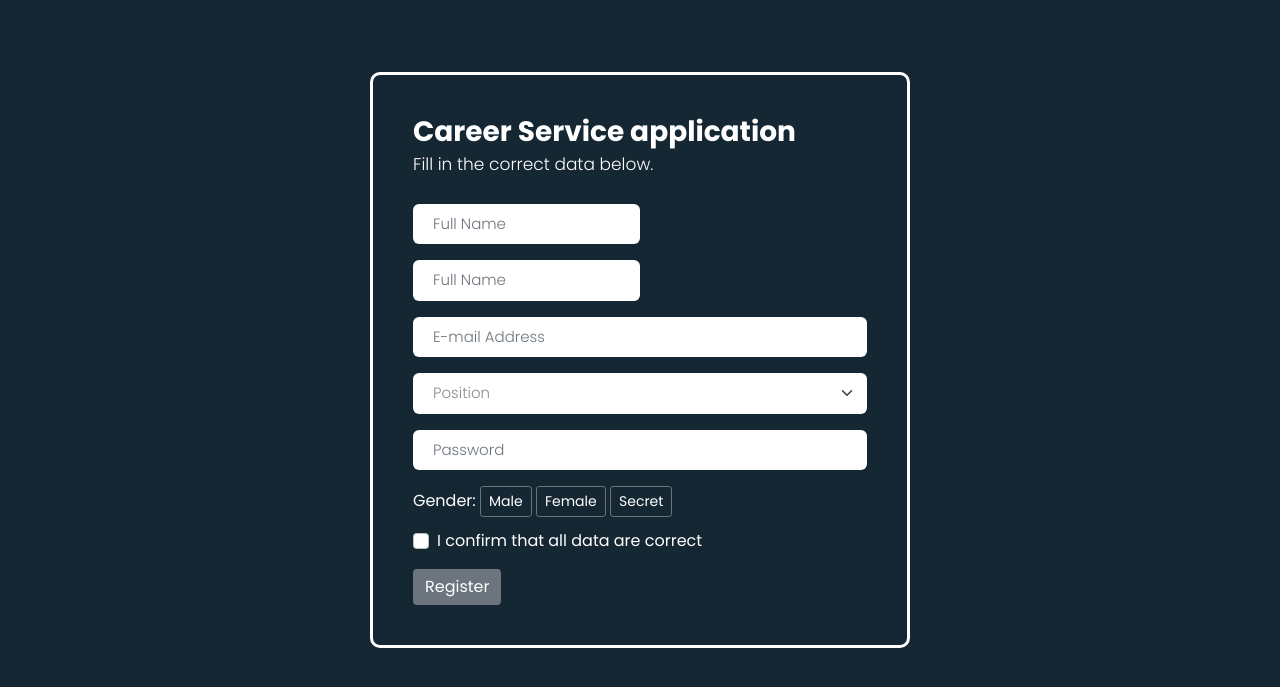
Repository: Samkiroko/form-assignment
Page: index.html
These files come from the project's save history. The page is drawn as it stood at one moment and after the next save; the edit follows.
The browser window is 1280 px wide. The pictures show the whole page.

Above is the page before, as saved 2022-12-03 18:26:01.

### index.html
<!DOCTYPE html>
<html lang="en" >
<head>
  <meta charset="UTF-8">
  <title>Career Service application</title>
  <link rel='stylesheet' href='https://cdn.jsdelivr.net/npm/bootstrap@5.0.0-beta2/dist/css/bootstrap.min.css'><link rel="stylesheet" href="./style.css">

</head>
<body>
<!-- partial:index.partial.html -->
<div class="form-body">
        <div class="row">
            <div class="form-holder">
                <div class="form-content">
                    <div class="form-items">
                        <h3>Career Service application</h3>
                        <p>Fill in the correct data below.</p>
                        <form class="requires-validation" novalidate>

                            <div class="col-md-6">
                               <input class="form-control" type="text" name="name" placeholder="Full Name" required>
                               <div class="valid-feedback">Username field is valid!</div>
                               <div class="invalid-feedback">Username field cannot be blank!</div>
                            </div>
                            <div class="col-md-6">
                               <input class="form-control" type="text" name="name" placeholder="Full Name" required>
                               <div class="valid-feedback">Username field is valid!</div>
                               <div class="invalid-feedback">Username field cannot be blank!</div>
                            </div>

                            <div class="col-md-12">
                                <input class="form-control" type="email" name="email" placeholder="E-mail Address" required>
                                 <div class="valid-feedback">Email field is valid!</div>
                                 <div class="invalid-feedback">Email field cannot be blank!</div>
                            </div>

                           <div class="col-md-12">
                                <select class="form-select mt-3" required>
                                      <option selected disabled value="">Position</option>
                                      <option value="jweb">Junior Web Developer</option>
                                      <option value="sweb">Senior Web Developer</option>
                                      <option value="pmanager">Project Manager</option>
                               </select>
                                <div class="valid-feedback">You selected a position!</div>
                                <div class="invalid-feedback">Please select a position!</div>
                           </div>


                           <div class="col-md-12">
                              <input class="form-control" type="password" name="password" placeholder="Password" required>
                               <div class="valid-feedback">Password field is valid!</div>
                               <div class="invalid-feedback">Password field cannot be blank!</div>
                           </div>


                           <div class="col-md-12 mt-3">
                            <label class="mb-3 mr-1" for="gender">Gender: </label>

                            <input type="radio" class="btn-check" name="gender" id="male" autocomplete="off" required>
                            <label class="btn btn-sm btn-outline-secondary" for="male">Male</label>

                            <input type="radio" class="btn-check" name="gender" id="female" autocomplete="off" required>
                            <label class="btn btn-sm btn-outline-secondary" for="female">Female</label>

                            <input type="radio" class="btn-check" name="gender" id="secret" autocomplete="off" required>
                            <label class="btn btn-sm btn-outline-secondary" for="secret">Secret</label>
                               <div class="valid-feedback mv-up">You selected a gender!</div>
                                <div class="invalid-feedback mv-up">Please select a gender!</div>
                            </div>

                        <div class="form-check">
                          <input class="form-check-input" type="checkbox" value="" id="invalidCheck" required>
                          <label class="form-check-label">I confirm that all data are correct</label>
                         <div class="invalid-feedback">Please confirm that the entered data are all correct!</div>
                        </div>


                            <div class="form-button mt-3">
                                <button id="submit" type="submit" class="btn btn-primary">Register</button>
                            </div>
                        </form>
                    </div>
                </div>
            </div>
        </div>
    </div>
<!-- partial -->
  <script  src="./script.js"></script>

</body>
</html>

### style.css
@import url('https://fonts.googleapis.com/css2?family=Poppins:wght@300;400;500;700;900&display=swap');

*, body {
    font-family: 'Poppins', sans-serif;
    font-weight: 400;
    -webkit-font-smoothing: antialiased;
    text-rendering: optimizeLegibility;
    -moz-osx-font-smoothing: grayscale;
}

html, body {
    height: 100%;
    background-color: #152733;
    overflow: hidden;
}


.form-holder {
      display: flex;
      flex-direction: column;
      justify-content: center;
      align-items: center;
      text-align: center;
      min-height: 100vh;
}

.form-holder .form-content {
    position: relative;
    text-align: center;
    display: -webkit-box;
    display: -moz-box;
    display: -ms-flexbox;
    display: -webkit-flex;
    display: flex;
    -webkit-justify-content: center;
    justify-content: center;
    -webkit-align-items: center;
    align-items: center;
    padding: 60px;
}

.form-content .form-items {
    border: 3px solid #fff;
    padding: 40px;
    display: inline-block;
    width: 100%;
    min-width: 540px;
    -webkit-border-radius: 10px;
    -moz-border-radius: 10px;
    border-radius: 10px;
    text-align: left;
    -webkit-transition: all 0.4s ease;
    transition: all 0.4s ease;
}

.form-content h3 {
    color: #fff;
    text-align: left;
    font-size: 28px;
    font-weight: 600;
    margin-bottom: 5px;
}

.form-content h3.form-title {
    margin-bottom: 30px;
}

.form-content p {
    color: #fff;
    text-align: left;
    font-size: 17px;
    font-weight: 300;
    line-height: 20px;
    margin-bottom: 30px;
}


.form-content label, .was-validated .form-check-input:invalid~.form-check-label, .was-validated .form-check-input:valid~.form-check-label{
    color: #fff;
}

.form-content input[type=text], .form-content input[type=password], .form-content input[type=email], .form-content select {
    width: 100%;
    padding: 9px 20px;
    text-align: left;
    border: 0;
    outline: 0;
    border-radius: 6px;
    background-color: #fff;
    font-size: 15px;
    font-weight: 300;
    color: #8D8D8D;
    -webkit-transition: all 0.3s ease;
    transition: all 0.3s ease;
    margin-top: 16px;
}


.btn-primary{
    background-color: #6C757D;
    outline: none;
    border: 0px;
     box-shadow: none;
}

.btn-primary:hover, .btn-primary:focus, .btn-primary:active{
    background-color: #495056;
    outline: none !important;
    border: none !important;
     box-shadow: none;
}

.form-content textarea {
    position: static !important;
    width: 100%;
    padding: 8px 20px;
    border-radius: 6px;
    text-align: left;
    background-color: #fff;
    border: 0;
    font-size: 15px;
    font-weight: 300;
    color: #8D8D8D;
    outline: none;
    resize: none;
    height: 120px;
    -webkit-transition: none;
    transition: none;
    margin-bottom: 14px;
}

.form-content textarea:hover, .form-content textarea:focus {
    border: 0;
    background-color: #ebeff8;
    color: #8D8D8D;
}

.mv-up{
    margin-top: -9px !important;
    margin-bottom: 8px !important;
}

.invalid-feedback{
    color: #ff606e;
}

.valid-feedback{
   color: #2acc80;
}

### script.js
(function () {
'use strict'
const forms = document.querySelectorAll('.requires-validation')
Array.from(forms)
  .forEach(function (form) {
    form.addEventListener('submit', function (event) {
      if (!form.checkValidity()) {
        event.preventDefault()
        event.stopPropagation()
      }

      form.classList.add('was-validated')
    }, false)
  })
})()

After the next save:
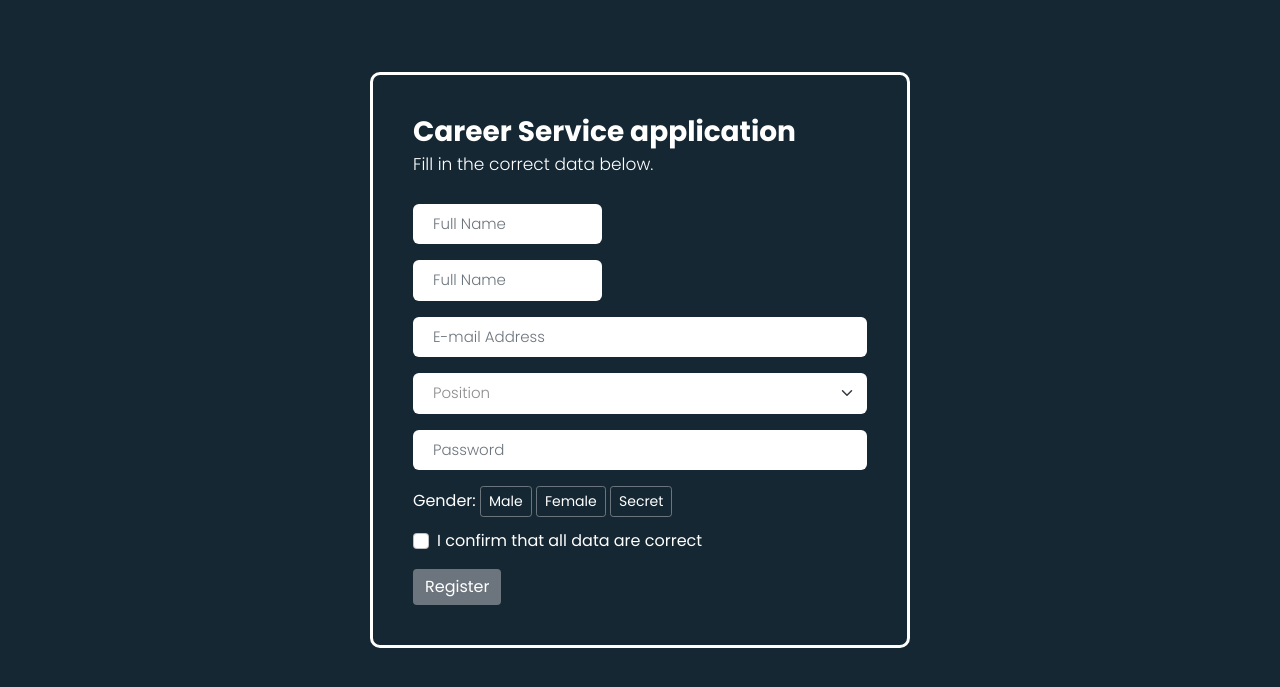
Saved 109 s later.
--- a/index.html
+++ b/index.html
@@ -17,12 +17,12 @@
                         <p>Fill in the correct data below.</p>
                         <form class="requires-validation" novalidate>
 
-                            <div class="col-md-6">
+                            <div class="col-md-5">
                                <input class="form-control" type="text" name="name" placeholder="Full Name" required>
                                <div class="valid-feedback">Username field is valid!</div>
                                <div class="invalid-feedback">Username field cannot be blank!</div>
                             </div>
-                            <div class="col-md-6">
+                            <div class="col-md-5">
                                <input class="form-control" type="text" name="name" placeholder="Full Name" required>
                                <div class="valid-feedback">Username field is valid!</div>
                                <div class="invalid-feedback">Username field cannot be blank!</div>
